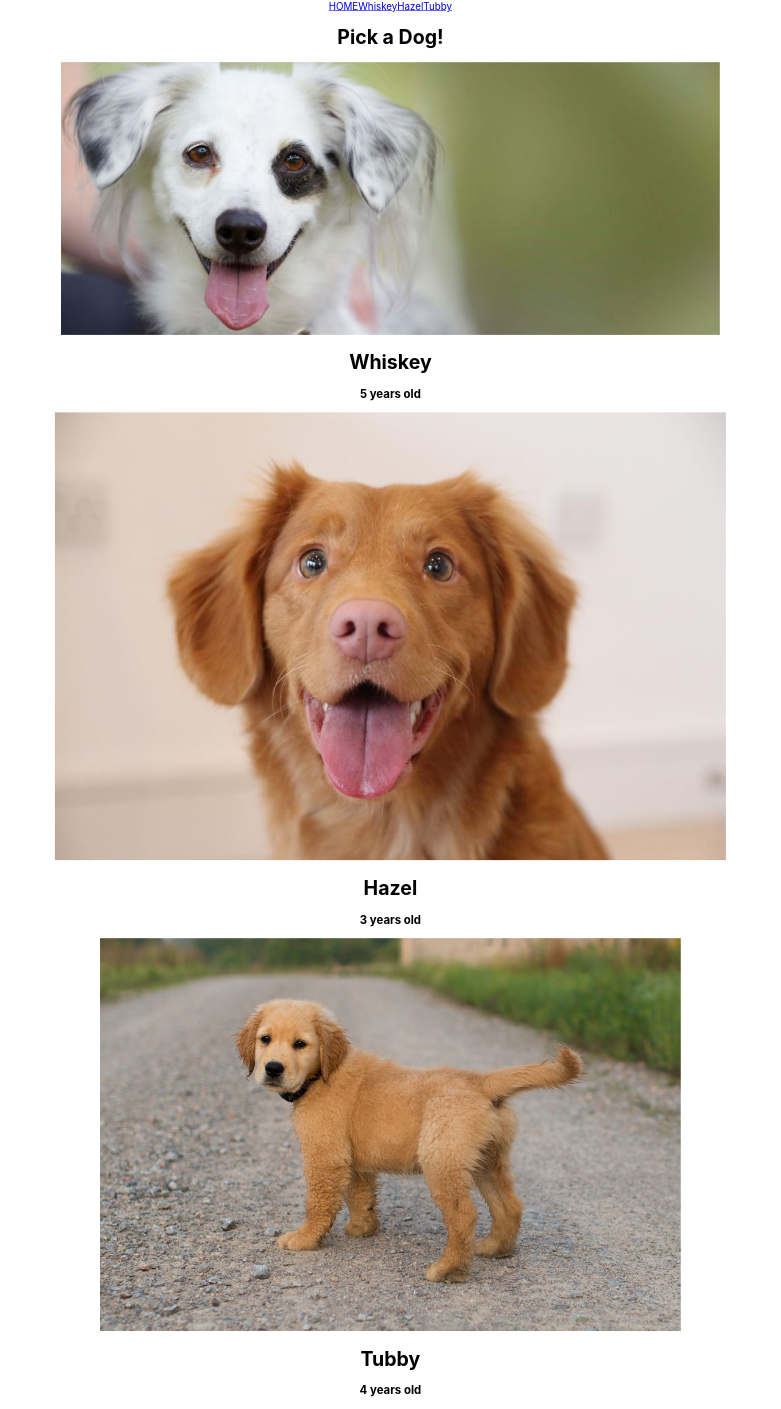
Repository: johnmutina/dog-finder
Page: /dogs
The author's editor kept a copy of each file at every save. The page is drawn from the files as they stood at one save, then again after the next save.
The browser window is 1280 px wide. The pictures show the whole page, at 61% of full size.
The project was rebuilt for these pictures with package versions that can differ from the ones it lists, and the page was loaded fresh each time.

Above is the page before, as saved 2019-07-28 12:54:37.

### src/App.js
import React, { Component } from "react";
import { Switch, Route, NavLink } from "react-router-dom";
import DogFinder from "./DogFinder";
import Dog from "./Dog";
import "./App.css";

// Import all images in image folder
function importAll(r) {
  let images = {};
  r.keys().map((item, index) => {
    images[item.replace("./", "")] = r(item);
  });
  return images;
}

const images = importAll(
  require.context("./assets", false, /\.(gif|jpe?g|svg)$/)
);

class App extends Component {
  static defaultProps = {
    dogs: [
      {
        name: "Whiskey",
        age: 5,
        src: images["whiskey.jpg"],
        facts: [
          "Whiskey loves eating popcorn.",
          "Whiskey is a terrible guard dog.",
          "Whiskey wants to cuddle with you!"
        ]
      },
      {
        name: "Hazel",
        age: 3,
        src: images["hazel.jpg"],
        facts: [
          "Hazel has soooo much energy!",
          "Hazel is highly intelligent.",
          "Hazel loves people more than dogs."
        ]
      },
      {
        name: "Tubby",
        age: 4,
        src: images["tubby.jpg"],
        facts: [
          "Tubby is not the brightest dog",
          "Tubby does not like walks or exercise.",
          "Tubby loves eating food."
        ]
      }
    ]
  };

  render() {
    return (
      <div className="App">
        {/* NAVBAR */}
        <div className="App-navbar">
          <NavLink to="/dogs" activeClassName="App-active-navlink">
            HOME
          </NavLink>
          {this.props.dogs.map(dog => (
            <NavLink
              key={dog.name}
              to={`/dogs/${dog.name}`}
              activeClassName="App-active-navlink"
            >
              {dog.name}
            </NavLink>
          ))}
        </div>

        {/* ROUTES SETUP */}

        <Switch>
          <Route
            exact
            path="/dogs"
            render={routeProps => (
              <DogFinder dogs={this.props.dogs} {...routeProps} />
            )}
          />
          <Route
            exact
            path="/dogs/:name"
            render={routeProps => (
              <Dog
                {...this.props.dogs.filter(
                  dog => dog.name == routeProps.match.params.name
                )[0]}
                {...routeProps}
              />
            )}
          />
          <Route component={DogFinder} />
        </Switch>
      </div>
    );
  }
}

export default App;

### src/DogFinder.js
import React, { Component } from "react";
import Dog from "./Dog";

class DogFinder extends Component {
  render() {
    return (
      <div>
        <h1>Pick a Dog!</h1>
        {this.props.dogs.map(dog => (
          <Dog key={dog.name} {...dog} />
        ))}
      </div>
    );
  }
}

export default DogFinder;

### src/Dog.js
import React, { Component } from "react";

class Dog extends Component {
  render() {
    return (
      <div className="Dog">
        <img src={this.props.src} alt={`${this.props.name}`} />
        <h1>{this.props.name}</h1>
        <h3>{this.props.age} years old</h3>
      </div>
    );
  }
}

export default Dog;

Loaded but not shown: public/index.html (common file); src/index.js (common file); src/index.css (common file); src/serviceWorker.js (common file); src/App.css (common file)

After the next save:
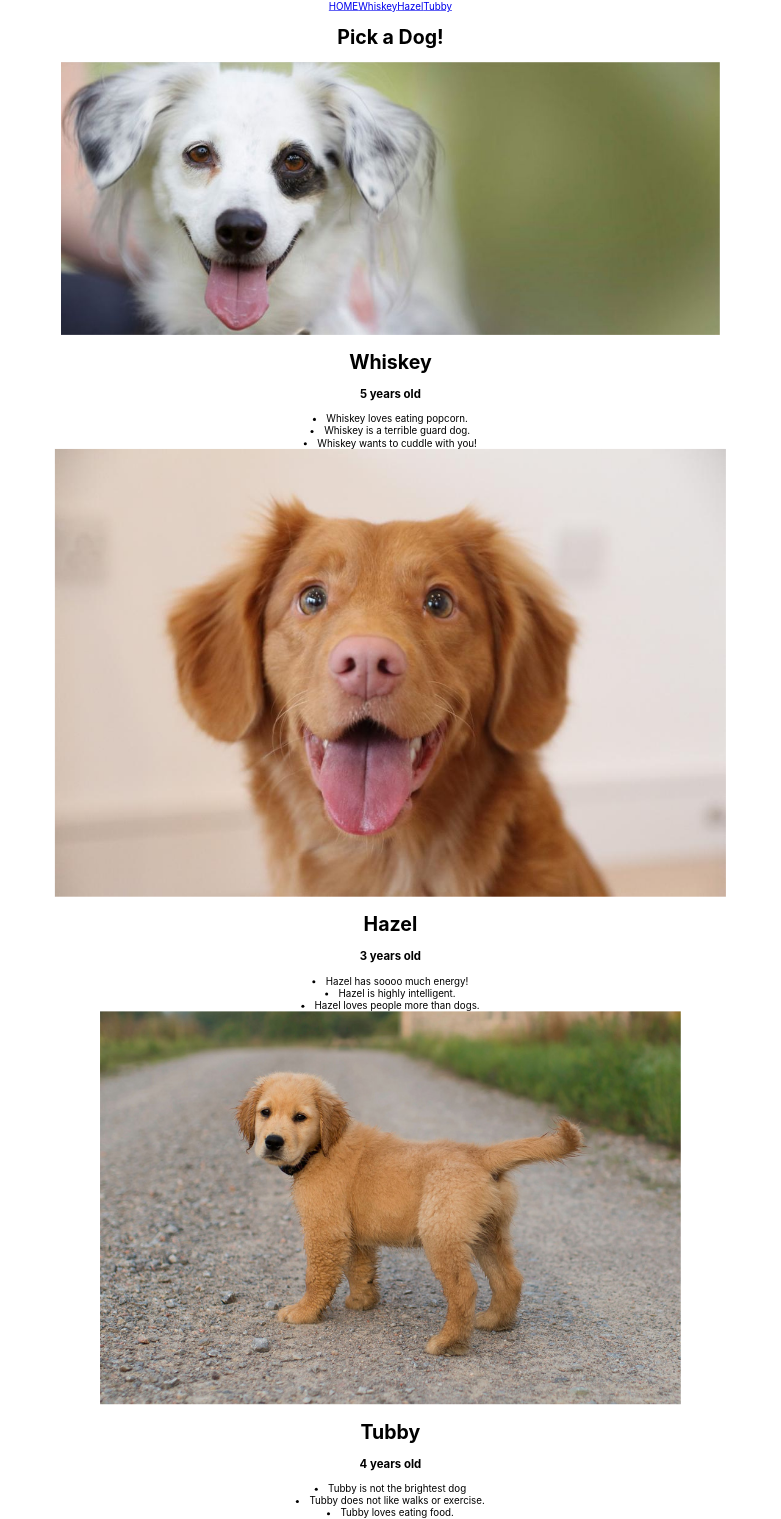
Saved 67 s later.
--- a/src/Dog.js
+++ b/src/Dog.js
@@ -7,6 +7,9 @@ class Dog extends Component {
         <img src={this.props.src} alt={`${this.props.name}`} />
         <h1>{this.props.name}</h1>
         <h3>{this.props.age} years old</h3>
+        {this.props.facts.map(fact => (
+          <li>{fact}</li>
+        ))}
       </div>
     );
   }
